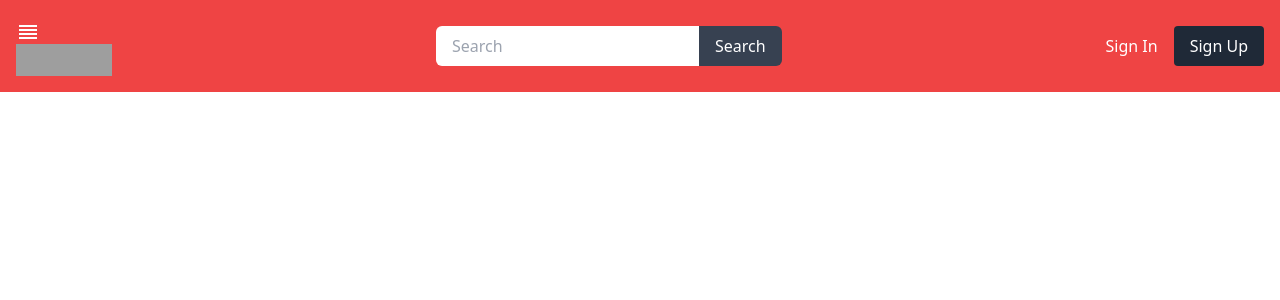
Repository: Shamraiz761/Youtube-clone
Page: /
These files come from the project's save history. The page is drawn as it stood at one moment and after the next save; the edit follows.
The browser window is 1280 px wide. The pictures show the whole page.
Pictures or frames that could not be fetched are drawn as grey boxes. The project was rebuilt for these pictures with package versions that can differ from the ones it lists, and the page was loaded fresh each time. Also part of the build but not shown: vite.config.js.

Above is the page before, as saved 2024-01-19 18:05:45.

### src/App.jsx
import { useState } from 'react'
import Navbar from './components/header/Navbar'


function App() {
  const [count, setCount] = useState(0)

  return (
   <div>
    <Navbar />
   </div>
  )
}

export default App

### src/components/header/Navbar.jsx
import React from "react";
import ReorderIcon from '@material-ui/icons/Reorder';
const Navbar = () => {
  return (
    <nav className="bg-red-500 p-4">
      <div className="container mx-auto flex justify-between items-center">
        {/* Logo */}
        <div className="text-white font-bold text-xl">
            <ReorderIcon className="mr-2 size-5"/>
          <img
          className="w-24 h-8"
          src="https://upload.wikimedia.org/wikipedia/commons/thumb/e/e1/Logo_of_YouTube_%282015-2017%29.svg/2560px-Logo_of_YouTube_%282015-2017%29.svg.png" />
        </div>

        {/* Search bar */}
        <div className="flex items-center">
          <input
            type="text"
            placeholder="Search"
            className="px-4 py-2 rounded-l-md focus:outline-none"
          />
          <button className="bg-gray-700 px-4 py-2 rounded-r-md text-white">
            Search
          </button>
        </div>



        {/* User profile */}
        <div className="flex items-center space-x-4">
          <button className="text-white hover:text-gray-300">Sign In</button>
          <button className="bg-gray-800 text-white px-4 py-2 rounded">
            Sign Up
          </button>
        </div>
      </div>
    </nav>
  );
};

export default Navbar;

Loaded but not shown: index.html (common file); src/main.jsx (common file); src/index.css (common file); tailwind.config.js (common file)

After the next save:
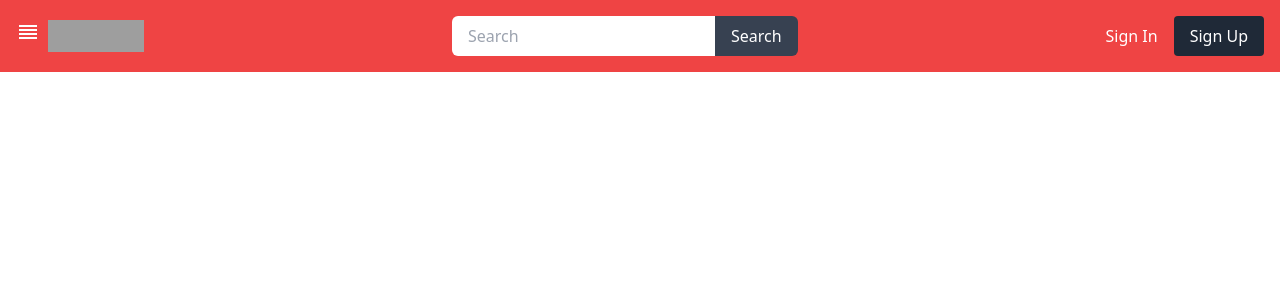
Saved 6 min 48 s later.
--- a/src/components/header/Navbar.jsx
+++ b/src/components/header/Navbar.jsx
@@ -5,7 +5,7 @@
     <nav className="bg-red-500 p-4">
       <div className="container mx-auto flex justify-between items-center">
         {/* Logo */}
-        <div className="text-white font-bold text-xl">
+        <div className="text-white font-bold text-xl flex flex-row">
             <ReorderIcon className="mr-2 size-5"/>
           <img
           className="w-24 h-8"
